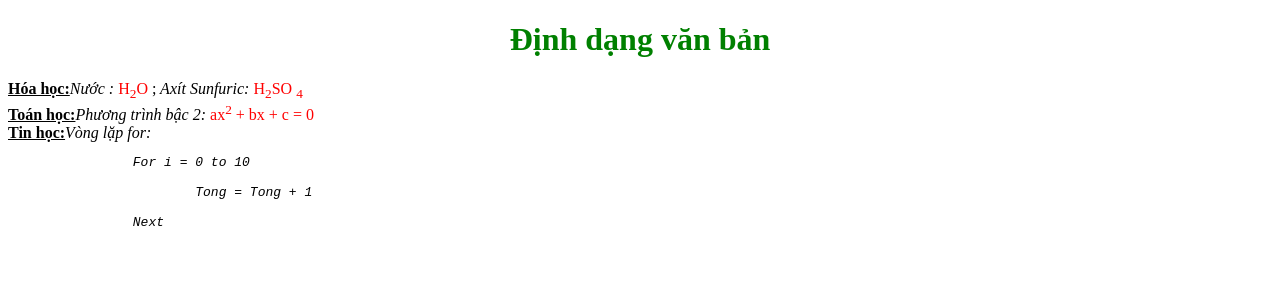
Repository: NgocTruong0701/Self_Learning
Page: html/practice/Baitapweb/Web3.2.3LeNgocTruong-2020601391.html
The author's editor kept a copy of each file at every save. The page is drawn from the files as they stood at one save, then again after the next save.
The browser window is 1280 px wide. The pictures show the whole page.

Above is the page before, as saved 2021-09-29 23:47:45.

### html/practice/Baitapweb/Web3.2.3LeNgocTruong-2020601391.html
<!DOCTYPE html>
<html>
    <head>
        <title>Bài 3 Phiếu 2 Bài 3</title>
        <meta charset="UTF-8">
        <meta name="author" content="Lê Ngọc Trường">
        <style>
            .heading{
                text-align: center;
                color:green;
            }

            .Tenmon{
                font-weight: bold;
                text-decoration:underline;
            }
            .nghieng{
                font-style: italic;
            }
            .colorred{
                color:red;
            }

            pre{
                color:
            }
        </style>
    </head>
    <body>
        <h1 class="heading">Định dạng văn bản</h1>

        <div class="dong1">
            <span class="Tenmon">Hóa học:</span><span class="nghieng">Nước : </span>
            <span class="colorred">H<sub>2</sub>O </span>;<span class="nghieng"> Axít Sunfuric: </span> <span class="colorred">H<sub>2</sub>SO <sub>4</sub></span>
        </div>
        <div class="dong2">
            <span class="Tenmon">Toán học:</span><span class="nghieng">Phương trình bậc 2:</span>
            <span class="colorred">ax<sup>2</sup> + bx + c = 0</span>
            <br>
            <span class="Tenmon">Tin học:</span><span class="nghieng">Vòng lặp for:
            <pre>
                For i = 0 to 10

                        Tong = Tong + 1

                Next
            </pre>
    </body>
</html>

After the next save:
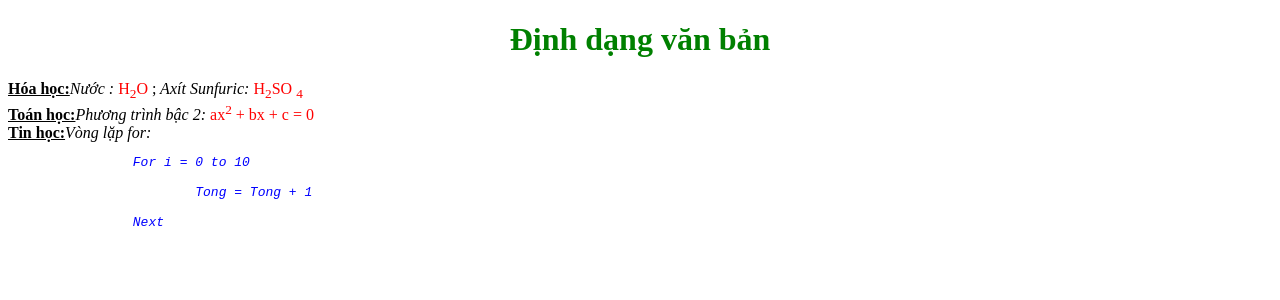
Saved 6 s later.
--- a/html/practice/Baitapweb/Web3.2.3LeNgocTruong-2020601391.html
+++ b/html/practice/Baitapweb/Web3.2.3LeNgocTruong-2020601391.html
@@ -22,7 +22,8 @@
             }
 
             pre{
-                color:
+                color:blue;
+                back
             }
         </style>
     </head>
